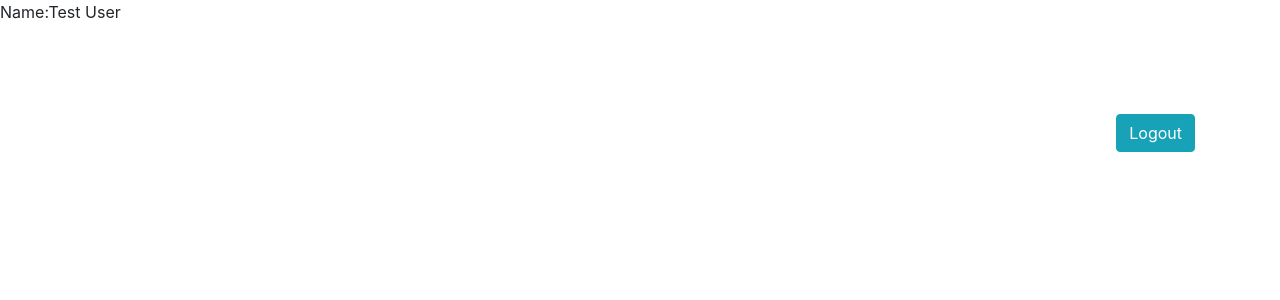
Repository: sindurup/Phase2Project
Page: http://localhost/LearnersAcademyPro/classInfo.jsp
An editor plug-in stored every save of this project. The page is shown before and after the next save, followed by the edit.
The browser window is 1280 px wide. The pictures show the whole page.
Some web libraries are served in a nearby version. The page is served by Tomcat 9. The session is filled in as if someone had signed in: {"uname": "Test User", "pw": 1}. Other server files are loaded and not shown.

Above is the page before, as saved 2021-09-27 10:47:40.
Console error: TypeError: Cannot read properties of undefined (reading 'fn')

### LearnersAcademyPro/src/main/webapp/classInfo.jsp
<%@ page language="java" contentType="text/html; charset=ISO-8859-1"
    pageEncoding="ISO-8859-1"%>
<!DOCTYPE html>
<html>
<link href="//maxcdn.bootstrapcdn.com/bootstrap/4.1.1/css/bootstrap.min.css" rel="stylesheet" id="bootstrap-css">
<script src="//maxcdn.bootstrapcdn.com/bootstrap/4.1.1/js/bootstrap.min.js"></script>
<script src="//cdnjs.cloudflare.com/ajax/libs/jquery/3.2.1/jquery.min.js"></script>
<head>
<meta charset="ISO-8859-1">
<title>Learners Academy</title>
</head>
<body>


<%
response.setHeader("Cache-Control","no-cache,no-store,must-revalidate");
HttpSession session1=request.getSession();
out.println("Name:"+session.getAttribute("uname"));

    if(session.getAttribute("uname")==null)
    {

    	 response.sendRedirect("login.jsp");
    }
%>
    <div id="login">
        <h3 class="text-center text-white pt-5">Login form</h3>
        <div class="container">
         <div class="form-group" align="right">

                                <input type="submit" name="submit" class="btn btn-info btn-md" value="Logout">
                            </div>
            <div id="login-row" class="row justify-content-center align-items-center">
                <div id="login-column" class="col-md-6">
                    <div id="login-box" class="col-md-12">
                        <form id="login" class="form" action="login" method="post">

                            <div class="form-group">

                            </div>
                            <div class="form-group">

                            </div>


                        </form>
                    </div>
                </div>
            </div>
        </div>
    </div>
</body>
</html>

After the next save:
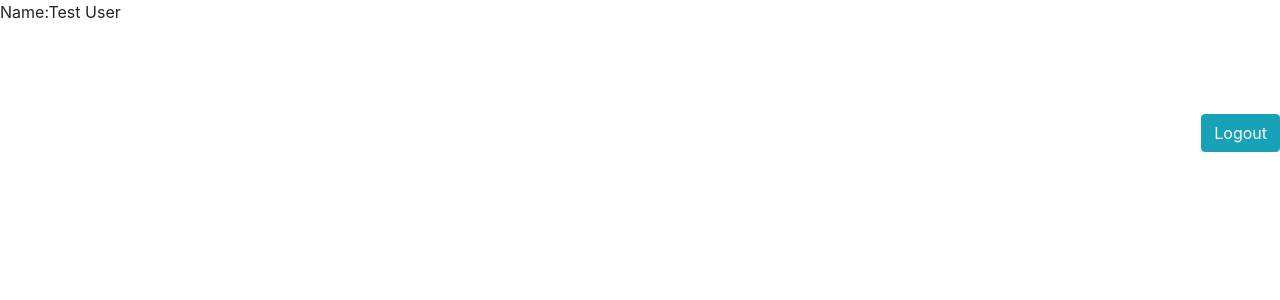
Saved 40 s later.
--- a/LearnersAcademyPro/src/main/webapp/classInfo.jsp
+++ b/LearnersAcademyPro/src/main/webapp/classInfo.jsp
@@ -25,11 +25,12 @@ out.println("Name:"+session.getAttribute("uname"));
 %>
     <div id="login">
         <h3 class="text-center text-white pt-5">Login form</h3>
-        <div class="container">
-         <div class="form-group" align="right">
+        <div class="form-group" align="right">
 
                                 <input type="submit" name="submit" class="btn btn-info btn-md" value="Logout">
                             </div>
+        <div class="container">
+
             <div id="login-row" class="row justify-content-center align-items-center">
                 <div id="login-column" class="col-md-6">
                     <div id="login-box" class="col-md-12">
